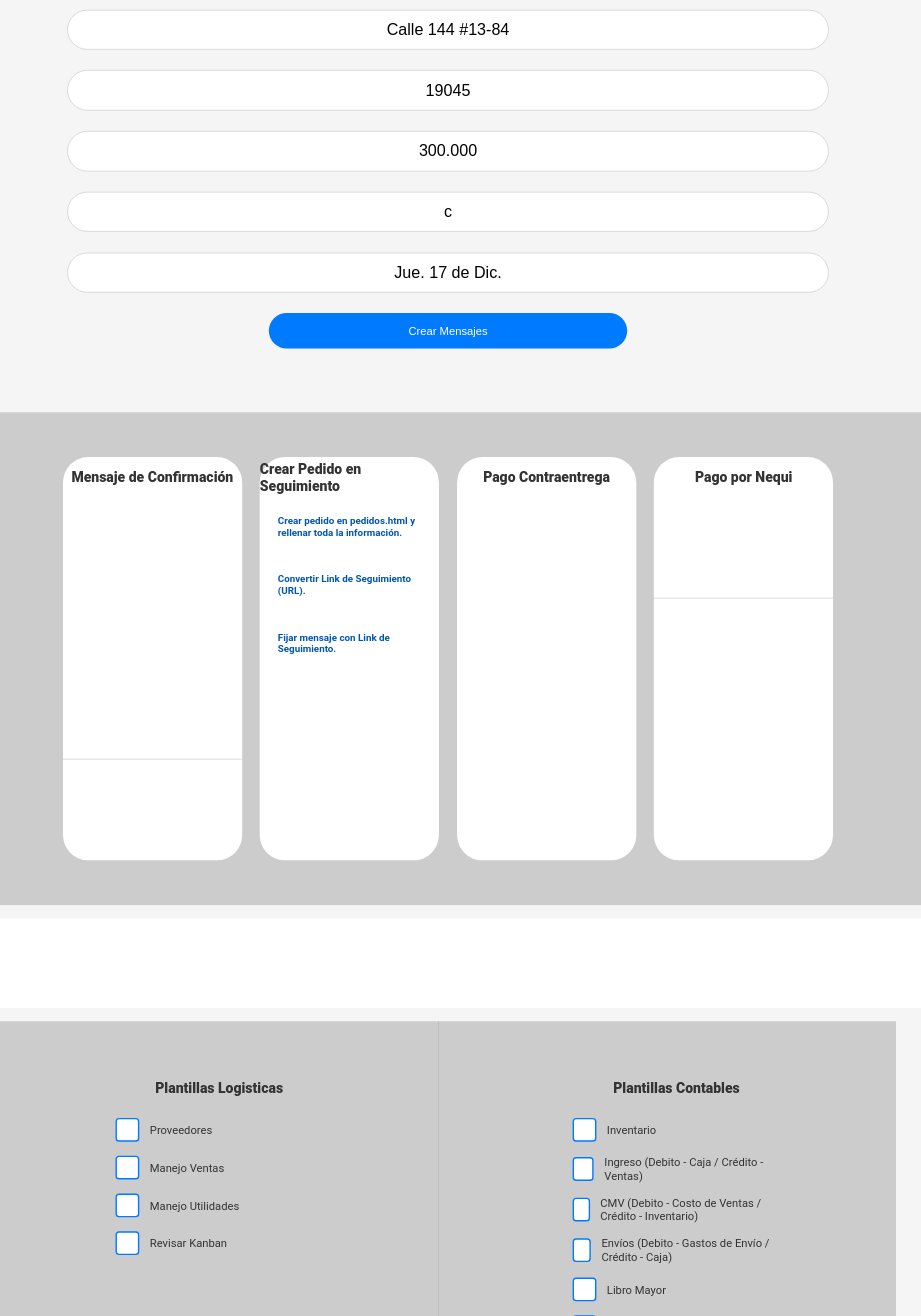
Repository: aCoupon0/intranet
Page: 1/venta-1.html
An editor plug-in stored every save of this project. The page is shown before and after the next save, followed by the edit.
The browser window is 1280 px wide. The page is 1316 px wide, so the pictures cover 1316 px, including what lies to the right of the window. The pictures show the part of the page from y = 730 to 2610 px (the page is 2643 px tall), at 70% of full size.

Above is the page before, as saved 2024-12-13 13:18:57.

### 1/venta-1.html
<!DOCTYPE html>
<html lang="es">

<head>
    <meta charset="UTF-8">
    <meta name="viewport" content="width=device-width, initial-scale=1.0">
    <title>Intranet DermaBox</title>
    <link rel="stylesheet" href="../css/venta.css">
</head>

<body>
    <h1>Formulario de Pedido</h1>

    <!-- Inputs para los productos -->
    <input type="text" id="input-limpiador" class="input-texto" placeholder="Limpiador" value="Limpiador Hidratante de CeraVe">
    <input type="text" id="input-hidratante" class="input-texto" placeholder="Hidratante" value="Tónico Centella Asiatica">
    <input type="text" id="input-bloqueador" class="input-texto" placeholder="Bloqueador" value="ISDIN Fusion Water Magic SPF 50">
    <input type="text" id="input-potenciador" class="input-texto" placeholder="Potenciador" value="Sérum Hialurónico 2% + B5 The Ordinary">

    <!-- Inputs para los datos del cliente -->
    <input type="text" id="input-nombre" class="input-texto" placeholder="Nombre" value="Gabriel Paris">
    <input type="text" id="input-celular" class="input-texto" placeholder="Celular" value="3104738570">
    <input type="text" id="input-ciudad" class="input-texto" placeholder="Ciudad" value="Bogota">
    <input type="text" id="input-direccion" class="input-texto" placeholder="Dirección" value="Calle 144 #13-84">

    <!-- Inputs para código, cobro y método -->
    <input type="text" id="input-codigo" class="input-texto" placeholder="Código" value="19045">
    <input type="text" id="input-cobro" class="input-texto" placeholder="Cobro" value="300.000">
    <input type="text" id="input-metodo" class="input-texto" placeholder="Método de Pago" value="c">
    <input type="text" id="input-fecha" class="input-texto" placeholder="Fecha de Llegada" value="Jue. 17 de Dic.">

    <!-- Botón para enviar -->
    <button id="boton-enviar" class="boton-enviar">Crear Mensajes</button>

    <div class="primera-fase">
        <div class="section-dual">
            <div class="section-dual-title">Mensaje de Confirmación</div>
            <div class="section-dual-1"></div>
            <div class="section-dual-2"></div>
        </div>
        <div class="section-dual">
            <div class="section-dual-title">Crear Pedido en Seguimiento</div>
            <div class="section-dual-instruction">Crear pedido en pedidos.html y rellenar toda la información.</div>
            <div class="section-dual-instruction">Convertir Link de Seguimiento (URL).</div>
            <div class="section-dual-instruction">Fijar mensaje con Link de Seguimiento.</div>
        </div>
        <div class="section-dual">
            <div class="section-dual-title">Pago Contraentrega</div>
            <div class="section-dual-3"></div>
        </div>
        <div class="section-dual">
            <div class="section-dual-title">Pago por Nequi</div>
            <div class="section-dual-4"></div>
            <div class="section-dual-5"></div>
        </div>

    </div>

    <div class="segunda-fase">

    </div>

    <div class="tercera-fase">
        <div class="tercera-fase-1">
            <p class="tercera-title">Plantillas Logisticas</p>
            <div class="instruccion-logistica">
                <div class="checkbox" onclick="toggleCheckbox(this)"></div>
                <div class="instruccion">Proveedores</div>
            </div>
            <div class="instruccion-logistica">
                <div class="checkbox" onclick="toggleCheckbox(this)"></div>
                <div class="instruccion">Manejo Ventas</div>
            </div>
            <div class="instruccion-logistica">
                <div class="checkbox" onclick="toggleCheckbox(this)"></div>
                <div class="instruccion">Manejo Utilidades</div>
            </div>
            <div class="instruccion-logistica">
                <div class="checkbox" onclick="toggleCheckbox(this)"></div>
                <div class="instruccion">Revisar Kanban</div>
            </div>
        </div>
        <div class="tercera-fase-2">
            <p class="tercera-title">Plantillas Contables</p>
            <div class="instruccion-logistica">
                <div class="checkbox" onclick="toggleCheckbox(this)"></div>
                <div class="instruccion">Inventario</div>
            </div>
            <div class="instruccion-logistica">
                <div class="checkbox" onclick="toggleCheckbox(this)"></div>
                <div class="instruccion">Ingreso (Debito - Caja  /  Crédito - Ventas)</div>
            </div>
            <div class="instruccion-logistica">
                <div class="checkbox" onclick="toggleCheckbox(this)"></div>
                <div class="instruccion">CMV (Debito - Costo de Ventas  /  Crédito - Inventario)</div>
            </div>
            <div class="instruccion-logistica">
                <div class="checkbox" onclick="toggleCheckbox(this)"></div>
                <div class="instruccion">Envíos (Debito - Gastos de Envío  /  Crédito - Caja)</div>
            </div>
            <div class="instruccion-logistica">
                <div class="checkbox" onclick="toggleCheckbox(this)"></div>
                <div class="instruccion">Libro Mayor</div>
            </div>
            <div class="instruccion-logistica">
                <div class="checkbox" onclick="toggleCheckbox(this)"></div>
                <div class="instruccion">Libro Diario</div>
            </div>
        </div>
    </div>

    <script src="../js/ventas-shared.js"></script>
</body>

</html>

### css/venta.css
body {
    font-family: 'Roboto', system-ui, -apple-system, BlinkMacSystemFont, 'Segoe UI', sans-serif;
    margin: 0;
    padding: 0;
    display: flex;
    justify-content: center;
    align-items: center;
    height: auto;
    flex-direction: column;
    background-color: #f5f5f5;
    color: #333;
    gap: 1.5vw;
    padding-top: 5vh;
}

input {
    width: 85vw; /* Ocupa el 80% del ancho del contenedor */
    height: 8vh; /* Altura dinámica según el viewport */
    padding: 5px;
    font-size: 23px;
    border: 1px solid #ccc;
    border-radius: 5vw;
    margin-bottom: 10px; /* Separación del botón */
    box-sizing: border-box;
    text-align: center;
}

.boton-enviar {
    width: 40%; /* Mismo ancho que el input */
    padding: 10px;
    height: 7vh; /* Misma altura que el input */
    font-size: 1rem;
    background-color: #007BFF;
    color: white;
    border: none;
    border-radius: 5vw;
    cursor: pointer;
    transition: background-color 0.3s;
    text-align: center;
}

.boton-enviar:hover {
    background-color: #0056b3;
}


.primera-fase {
    width: 100%;
    height: auto;
    padding: 5% 5vh 5% 5vh;
    display: flex;
    justify-content: center;
    align-content: center;
    background-color: #ccc;
    flex-direction: row;
    gap: 2%;
    margin-top: 10vh;
    overflow-x: auto;   /* Permitir scroll horizontal */
    overflow-y: hidden;
}

.section-dual {
    width: 20%;
    height: 80vh;
    border-radius: 5vh;
    display: flex;
    flex-direction: column;
    background-color: #ffffff;
    justify-content: flex-start;
    align-items: center;
}

.section-dual-title {
    width: 100%;
    height: 10%;
    display: flex;
    justify-content: center;
    align-items: center;
    font-size: 20px;
    font-weight: 800;
}

.section-dual-instruction {
    width: 100%;
    height: auto;
    display: flex;
    justify-content: flex-start;
    align-items: center;
    font-size: 14px;
    font-weight: 600;
    padding: 10%;
    box-sizing: border-box;
    color: #0056b3;
}

.section-dual-1 {
    width: 100%;
    height: 65%;
    border-bottom: 1px solid rgba(128, 128, 128, 0.339);
    display: flex;
    justify-content: flex-start;
    align-items: center;
    text-align: left;
    box-sizing: border-box;
    font-size: 13px;
    font-weight: 400;
    padding: 5%;
}


.section-dual-2 {
    width: 100%;
    height: 25%;
    display: flex;
    justify-content: flex-start;
    align-items: center;
    text-align: left;
    box-sizing: border-box;
    font-size: 13px;
    font-weight: 400;
    padding: 5%;
}

.section-dual-3 {
    width: 100%;
    height: 75%;
    display: flex;
    justify-content: flex-start;
    align-items: center;
    text-align: left;
    flex-direction: column;
    box-sizing: border-box;
    font-size: 13px;
    font-weight: 400;
    padding: 5%;
}

.section-dual-4 {
    width: 100%;
    height: 25%;
    border-bottom: 1px solid rgba(128, 128, 128, 0.339);
    display: flex;
    justify-content: flex-start;
    align-items: center;
    text-align: left;
    box-sizing: border-box;
    font-size: 13px;
    font-weight: 400;
    padding: 5%;
}


.section-dual-5 {
    width: 100%;
    height: 65%;
    display: flex;
    justify-content: flex-start;
    align-items: center;
    text-align: left;
    box-sizing: border-box;
    font-size: 13px;
    font-weight: 400;
    padding: 5%;
    flex-direction: column;
}


.segunda-fase {
    width: 100%;
    height: auto;
    padding: 5% 5vh 5% 5vh;
    display: flex;
    justify-content: center;
    align-content: center;
    background-color: #ffffff;
    flex-direction: column;
}

.producto-item {
    display: flex;
    align-items: center;
    justify-content: center;
    width: 100%;
    height: auto;
    padding: 3% 10% 3% 10%;
    box-sizing: border-box;
}

.producto-checkbox {
    width: 50px; /* Tamaño de la checkbox */
    height: 50px; /* Tamaño de la checkbox */
    cursor: pointer; /* Cambia el cursor para indicar interactividad */
    display: flex;
    justify-content: center;
    align-items: center;
}

.producto-checkbox input[type="checkbox"] {
    width: 25px; /* Ancho del área del checkbox */
    height: 25px; /* Alto del área del checkbox */
    cursor: pointer; /* Cambia el cursor para indicar interactividad */
    accent-color: #007BFF; /* Cambia el color del checkbox (en navegadores compatibles) */
    margin-right: 10px; /* Espacio entre el checkbox y el texto */
}

.producto-item span {
    font-size: 18px; /* Tamaño del texto */
    line-height: 1.5; /* Espaciado para mejor lectura */
    font-weight: 800; /* Peso de la fuente para hacerla más visible */
    color: #333; /* Color del texto */
    font-size: 30px;
}




.tercera-fase {
    width: 100%;
    height: auto;
    display: flex;
    justify-content: center;
    align-content: center;
    flex-direction: row;
    background-color: #ccc;
    flex-direction: row;
    gap: 2%;
}


.tercera-fase-1 {
    width: 50%;
    height: 60vh;
    border-right: 1px solid rgb(184, 184, 184);
    display: flex;
    justify-content: flex-start;
    align-items: center;
    flex-direction: column;
    padding: 5% 10% 5% 10%;
    box-sizing: border-box;
    text-align: left;
}

.tercera-fase-2 {
    width: 50%;
    height: 60vh;
    display: flex;
    justify-content: flex-start;
    align-items: center;
    flex-direction: column;
    padding: 5% 10% 5% 10%;
    box-sizing: border-box;
    text-align: left;
}

.tercera-title {
    font-size: 20px;
    font-weight: 800;
}


.instruccion-logistica {
    display: flex; /* Alinea los elementos horizontalmente */
    align-items: center; /* Centra los elementos verticalmente */
    width: 80%; /* Ancho del contenedor */
    height: auto; /* Altura automática */
    margin: 10px 0; /* Espaciado vertical */
}

/* Checkbox personalizado */
.checkbox {
    width: 30px; /* Tamaño del checkbox */
    height: 30px;
    background-color: white; /* Color inicial (blanco) */
    border: 2px solid #007BFF; /* Borde azul */
    border-radius: 5px; /* Bordes redondeados */
    cursor: pointer; /* Cambia el cursor al pasar por encima */
    margin-right: 15px; /* Espaciado respecto al texto */
    transition: background-color 0.3s ease; /* Animación al cambiar el color */
}

/* Instrucción a la derecha */
.instruccion {
    font-size: 16px; /* Tamaño de fuente */
    color: #333; /* Color del texto */
}

### js/ventas-shared.js
document.getElementById("boton-enviar").addEventListener("click", () => {
    const nombre = document.getElementById("input-nombre").value.trim();
    const codigo = document.getElementById("input-codigo").value.trim();
    const limpiador = document.getElementById("input-limpiador").value.trim();
    const hidratante = document.getElementById("input-hidratante").value.trim();
    const bloqueador = document.getElementById("input-bloqueador").value.trim();
    const potenciador = document.getElementById("input-potenciador").value.trim();
    const ciudad = document.getElementById("input-ciudad").value.trim();
    const direccion = document.getElementById("input-direccion").value.trim();
    const cobro = document.getElementById("input-cobro").value.trim();

    // Construir el mensaje con saltos de línea en HTML
    let mensaje = `Hola *${nombre}*.<br><br>Gracias por tu compra en DermaBox. Tu pedido *#${codigo}* ha sido confirmado y está en preparación.<br><br>Por favor confirma los siguientes datos:<br><br>*Pedido*<br>`;

    if (limpiador) mensaje += ` - *${limpiador}*<br>`;
    if (hidratante) mensaje += ` - *${hidratante}*<br>`;
    if (bloqueador) mensaje += ` - *${bloqueador}*<br>`;
    if (potenciador) mensaje += ` - *${potenciador}*<br>`;
    if (cobro) mensaje += ` - *${cobro}*<br>`;

    mensaje += `<br>*Información del Cliente*<br>`;
    if (nombre) mensaje += ` - *${nombre}*<br>`;
    if (ciudad) mensaje += ` - *${ciudad}*<br>`;
    if (direccion) mensaje += ` - *${direccion}*<br>`;


    // Mostrar el mensaje en el div correspondiente
    const sectionDual1 = document.querySelector(".section-dual-1");
    sectionDual1.innerHTML = mensaje; // Asignar el HTML con saltos de línea


    // Construir el mensaje para section-dual-2
    const mensaje2 = `Para hacer el envío necesitamos los siguientes datos:<br><br> - Número de cédula<br> - Detalles de dirección (Casa, Conjunto, Edificio...)<br>`;

    // Mostrar el mensaje en section-dual-2
    const sectionDual2 = document.querySelector(".section-dual-2");
    sectionDual2.innerHTML = mensaje2;



    const metodoPago = document.querySelector("#input-metodo").value;
    const fechaLlegada = document.querySelector("#input-fecha").value; // Asegúrate de que esta variable obtenga el input correcto para la fecha.
    const linkSeguimiento = "https://tu-link-de-seguimiento.com"; // Proporciona aquí el link de seguimiento.

    if (metodoPago === "n") {
        // Rellenar section-dual-4
        const sectionDual4 = document.querySelector(".section-dual-4");
        sectionDual4.innerHTML = `
            Perfecto!<br>
            Indicaste que preferías el pago por Nequi, aquí tienes los datos para realizar el envío:
        `;

        // Rellenar section-dual-5
        const sectionDual5 = document.querySelector(".section-dual-5");
        sectionDual5.innerHTML = `
            Super!<br>
            Tu DermaBox está en camino y llegará aproximadamente el *${fechaLlegada}*. <br>
            Este es el link de tu cuenta en DermaBox <br>
            Aquí puedes revisar el estado de tu pedido, ver nuevamente cómo aplicar tu rutina, acceder al *Qué Hacer Hoy*, pedir productos que omitiste, ordenar una nueva DermaBox cuando se te acabe la actual y muchas más cosas.<br>
            Dicho esto, muchas gracias por confiar en nosotros. Estaremos atentos a cualquier pregunta que puedas tener.<br>
            Y no te olvides de seguir las precauciones recomendadas.<br>
            ¡Hasta Pronto!
        `;
    } else if (metodoPago === "c") {
        // Rellenar section-dual-5
        const sectionDual3 = document.querySelector(".section-dual-3");
        sectionDual3.innerHTML = `
            Super!<br>
            Tu DermaBox está en camino y llegará aproximadamente el *${fechaLlegada}*.<br>
            Recuerda tener el dinero preparado o dejarlo en casa si no estarás presente al momento de la entrega.<br>
            Este es el link de tu cuenta en DermaBox <br>
            Aquí puedes revisar nuevamente cómo aplicar tu rutina, acceder al *Qué Hacer Hoy*, pedir productos que omitiste, ordenar una nueva DermaBox cuando se te acabe la actual y muchas más cosas.<br>
            Dicho esto, muchas gracias por confiar en nosotros. Estaremos atentos a cualquier pregunta que puedas tener.<br>
            ¡Hasta Pronto!
        `;
    }





    const segundaFase = document.querySelector(".segunda-fase");
    segundaFase.innerHTML = ""; // Limpia el contenido existente antes de agregar la lista.

    // Inputs de los productos
    const productos = [
        { id: "input-limpiador", nombre: "Limpiador" },
        { id: "input-hidratante", nombre: "Hidratante" },
        { id: "input-bloqueador", nombre: "Bloqueador" },
        { id: "input-potenciador", nombre: "Potenciador" },
    ];

    // Crear una lista dinámica
    productos.forEach(producto => {
        const valor = document.querySelector(`#${producto.id}`).value.trim();

        if (valor) {
            // Crear un contenedor para cada item
            const itemContainer = document.createElement("div");
            itemContainer.className = "producto-item";
            itemContainer.style.display = "flex";
            itemContainer.style.alignItems = "center";
            itemContainer.style.marginBottom = "8px";

            // Crear la checkbox
            const checkbox = document.createElement("input");
            checkbox.type = "checkbox";
            checkbox.className = "producto-checkbox";
            checkbox.style.marginRight = "10px";

            // Crear el texto del producto
            const texto = document.createElement("span");
            texto.textContent = valor;

            // Agregar checkbox y texto al contenedor
            itemContainer.appendChild(checkbox);
            itemContainer.appendChild(texto);

            // Agregar el contenedor a la segunda-fase
            segundaFase.appendChild(itemContainer);
        }
    });
});



// Función para alternar el color del checkbox
function toggleCheckbox(element) {
    // Cambia el color del fondo según el estado actual
    if (element.style.backgroundColor === "rgb(0, 123, 255)") {
        element.style.backgroundColor = "white"; // Vuelve al color blanco
    } else {
        element.style.backgroundColor = "#007BFF"; // Cambia al azul
    }
}

After the next save:
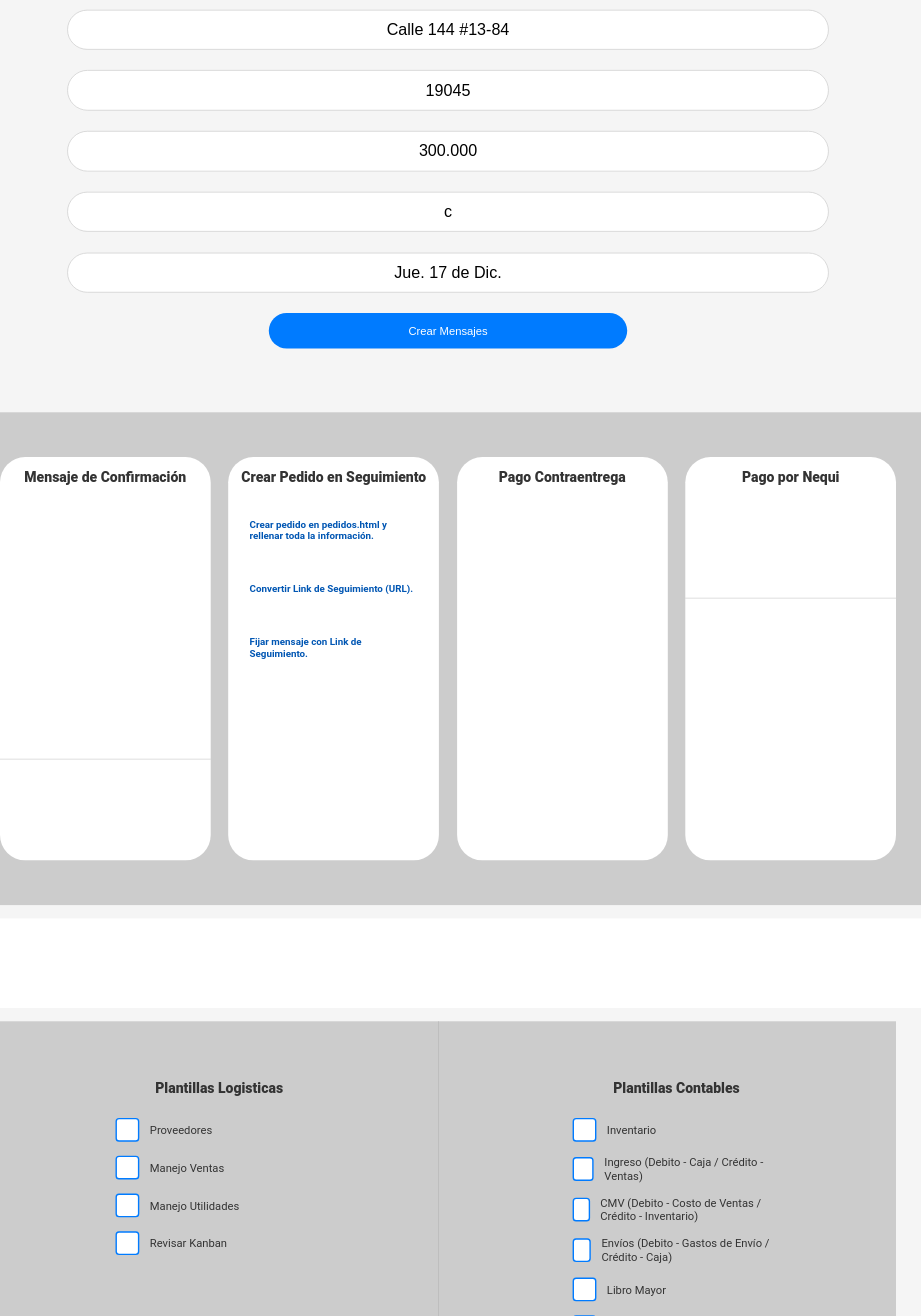
Saved 8 s later.
--- a/css/venta.css
+++ b/css/venta.css
@@ -60,7 +60,7 @@ input {
 }
 
 .section-dual {
-    width: 20%;
+    width: 35%;
     height: 80vh;
     border-radius: 5vh;
     display: flex;
